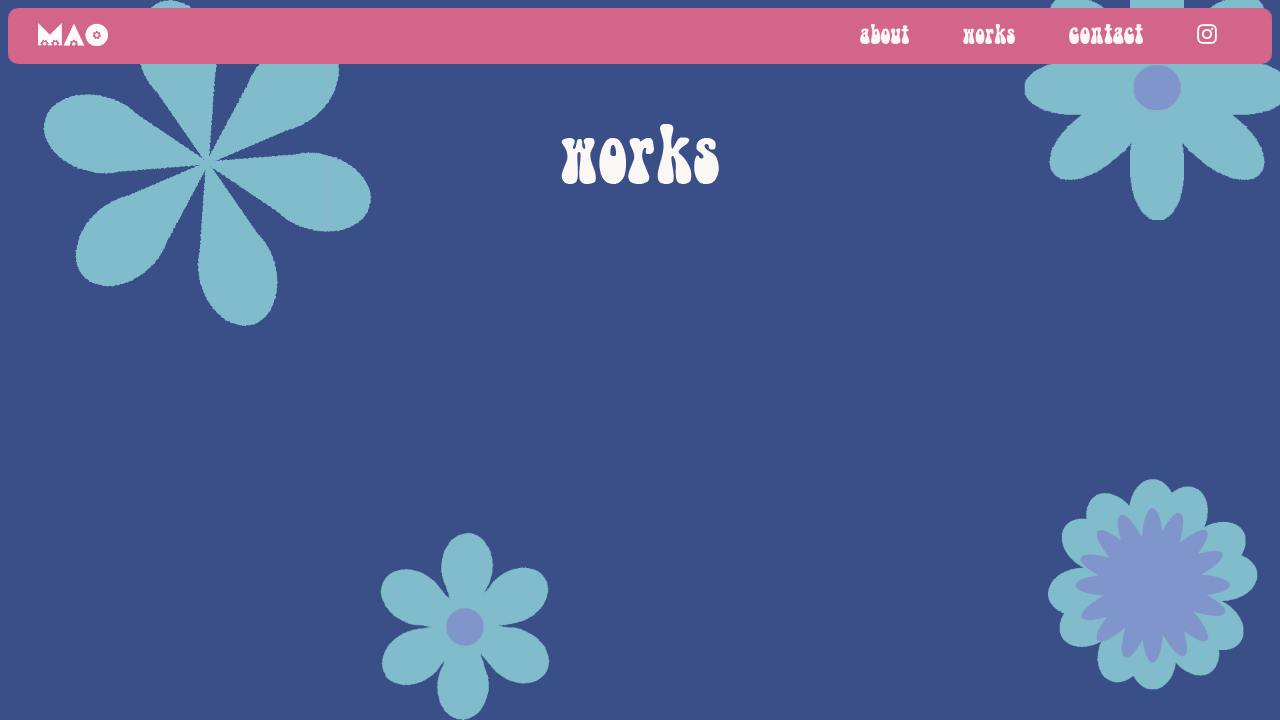
Repository: HarashimaMao/portfolio
Page: works.html
The author's editor kept a record of every edit. The page is drawn from the files as they stood at one moment, then again after the next edit.
The browser window is 1280 px wide. The pictures show the whole page.

Above is the page before.

### works.html
<!DOCTYPE html>
<html lang ="ja">
    <head>
        <meta charset="utf-8">
        <title>HarashimaMao</title>
        <style>
          body {
              background-image: url(images/my_home_page3.jpg);
              background-size: cover;
          }

          .header {
              width: 100%;
              display: flex;
              background-color: #D3648A;
              justify-content: space-between;
              border-radius: 10px;
          }

          .header-logo {
              margin-top: 15px;
              margin-left: 30px;
          }

          ul {
              list-style: none;
              margin-right: 5px;

          }

          li {
              display: inline-block;
              margin-right: 50px;
          }

          .main {
              text-align: center;
          }

          .main img {
              position: relative;
              top: 60px;
          }

          .square {
              position: relative;
              width: 300px;
              padding: 6px;
              background: #F0B15B;
              border-radius: 10%;
          }

        </style>
    </head>
    <body>
        <div class="header">
            <div class="header-logo">
                <a href="top.html"><img src="images/MAOlogo.png" width="70px"></a>
            </div>
            <div class="header-list">
                <ul>
                    <li><a href="about.html"><img src="images/about.png" alt="about" height="20px"></a></li>
                    <li><a href="works.html"><img src="images/works.png" alt="works" height="20px"></a></li>
                    <li><a href="contact.html"><img src="images/contact.png" alt="contact" height="20px"></a></li>
                    <li><a href="https://www.instagram.com/mao_yz/?hl=en"><img src="images/insta.png" alt="insta" height="20px"></a></li>
                </ul>
            </div>
        </div>

        <div class="main">
            <div class
        </dic>

        <div class="main">
            <img src="images/works.png" alt="works">

        </div>

        <script src="jquery-3.6.0.min.js"></script>
        <script>
             $(function(){
                $('.header').hover(
                    function(){
                        $(this).animate({
                            'font-size':'20px'
                        });
                    },
                    function(){
                        $(this).animate({
                            'font-size':'16px'
                        });
                    });
            });
        </script>
    </body>
</html>

Loaded but not shown: jquery-3.6.0.min.js (library)

After the next edit:
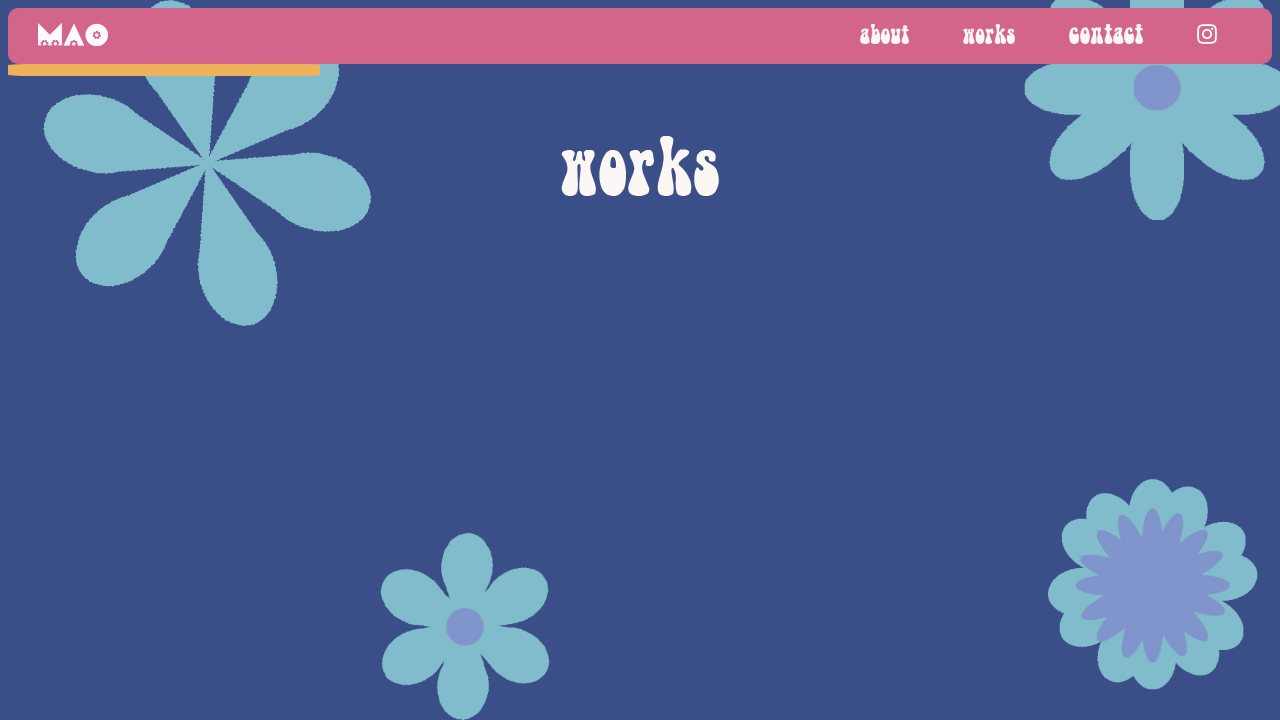
The edit:
--- a/works.html
+++ b/works.html
@@ -68,8 +68,8 @@
         </div>
 
         <div class="main">
-            <div class
-        </dic>
+            <div class="square"></div>
+        </div>
 
         <div class="main">
             <img src="images/works.png" alt="works">

After the 2 edits that followed:
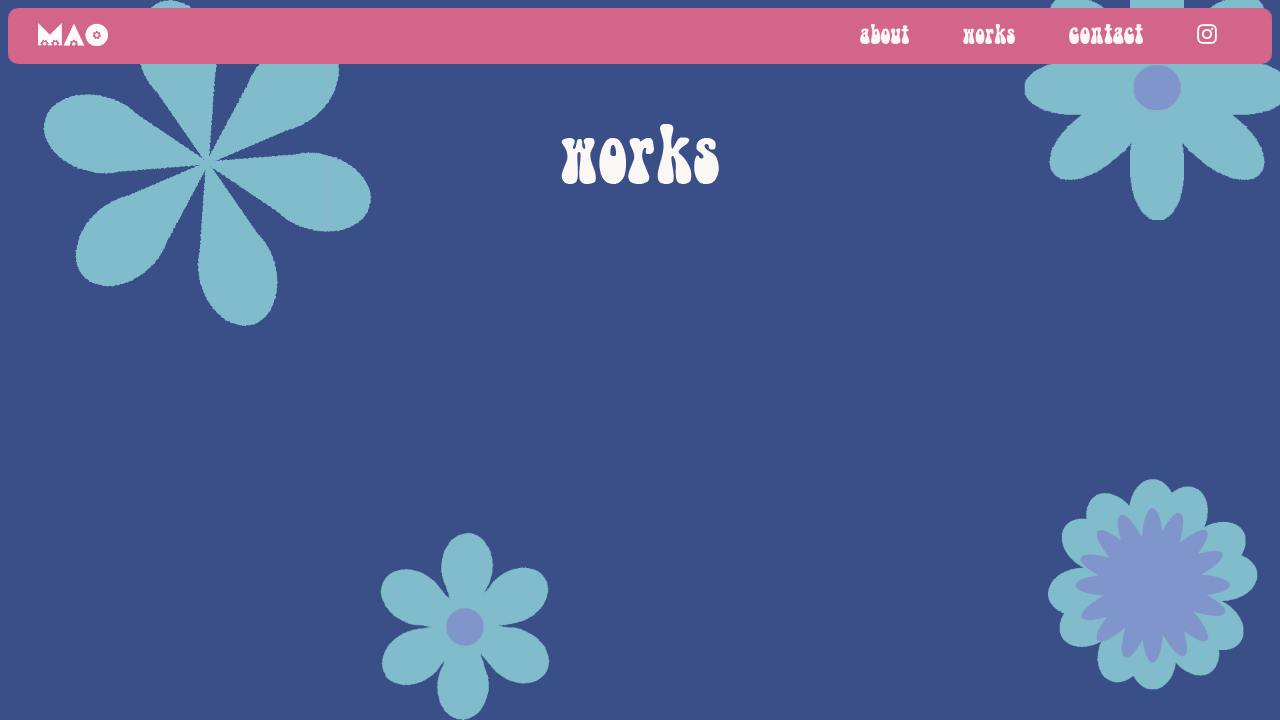
The 2 edits are shown as one change because 1 left the picture as it was.
The edit:
--- a/works.html
+++ b/works.html
@@ -42,6 +42,15 @@
               top: 60px;
           }
 
+          .container {
+              margin: 0;
+              position: absolute;
+              top: 50%;
+              left: 50%;
+              margin-right: -50%;
+              transform: translate(-50%,-50%)
+          }
+
           .square {
               position: relative;
               width: 300px;
@@ -68,10 +77,6 @@
         </div>
 
         <div class="main">
-            <div class="square"></div>
-        </div>
-
-        <div class="main">
             <img src="images/works.png" alt="works">
 
         </div>
